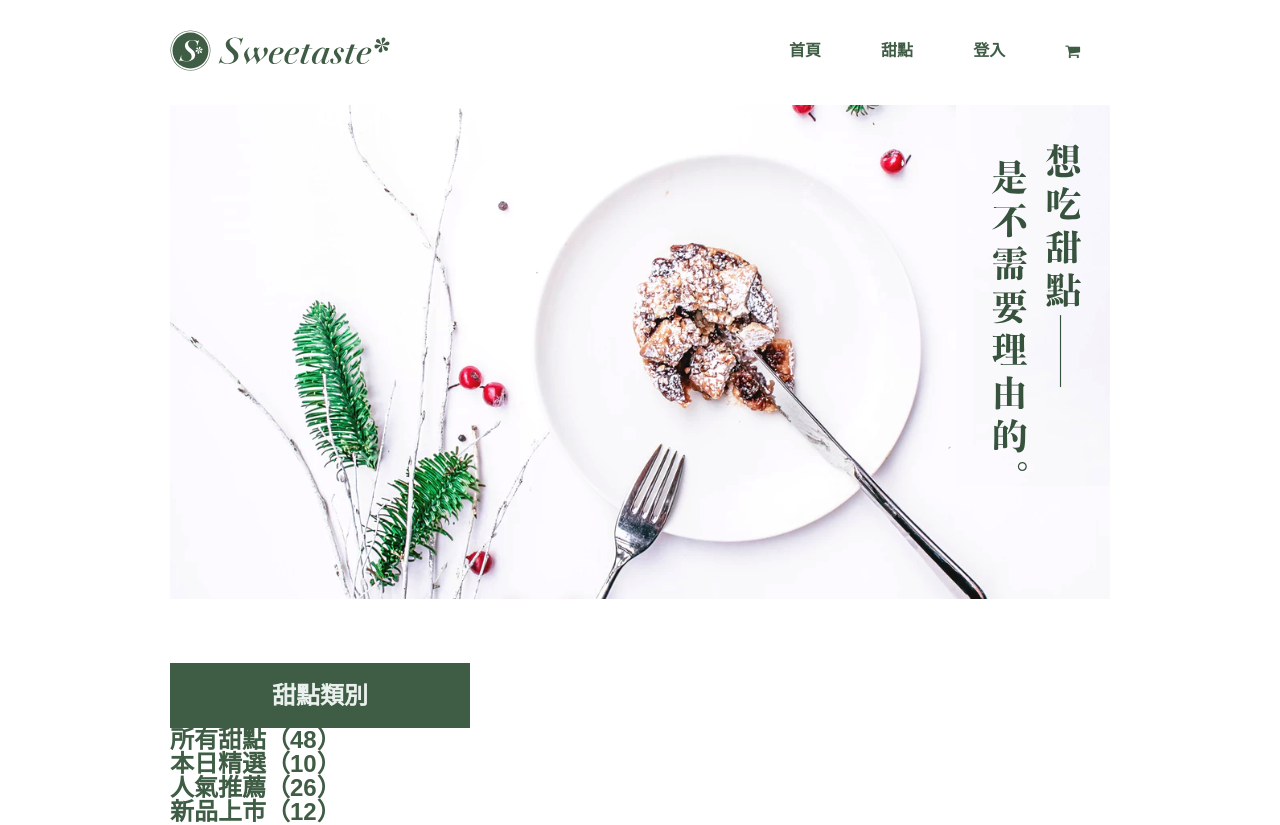
Repository: michelle61219/Sweets
Page: index.html
These files come from the project's save history. The page is drawn as it stood at one moment and after the next save; the edit follows.
The browser window is 1280 px wide. The pictures show the whole page.

Above is the page before, as saved 2021-06-13 00:31:01.

### index.html
<!DOCTYPE html>
<html lang="en">
	<head>
		<meta charset="UTF-8" />
		<meta http-equiv="X-UA-Compatible" content="IE=edge" />
		<meta name="viewport" content="width=device-width, initial-scale=1.0" />
		<link rel="stylesheet" href="style.css" />
		<link
			rel="stylesheet"
			href="https://cdnjs.cloudflare.com/ajax/libs/font-awesome/4.7.0/css/font-awesome.min.css"
		/>
		<title>甜點電商</title>
	</head>
	<body>
		<header></header>
		<div class="header container">
			<h1>
				<a href="#">
					<img
						width="220"
						height="40"
						src="images/logo-all-dark.svg"
						alt="logo"
					/>
				</a>
			</h1>
			<nav>
				<ul class="menu">
					<li><a href="#">首頁</a></li>
					<li><a href="#">甜點</a></li>
					<li><a href="#">登入</a></li>
					<li>
						<a href="#">
							<i class="fa fa-shopping-cart"></i>
						</a>
					</li>
				</ul>
			</nav>
		</div>
		<div class="banner container">
			<img src="images/banner.png" alt="banner" />
		</div>
		<div class="main container">
			<div class="aside">
				<h2>甜點類別</h2>
				<ul>
					<li><a href="#">所有甜點（48）</a></li>
					<li><a href="#">本日精選（10）</a></li>
					<li><a href="#">人氣推薦（26）</a></li>
					<li><a href="#">新品上市（12）</a></li>
				</ul>
			</div>
			<div class="productList"></div>
		</div>
	</body>
</html>

### style.css
/* http://meyerweb.com/eric/tools/css/reset/
   v2.0 | 20110126
   License: none (public domain)
*/

html,
body,
div,
span,
applet,
object,
iframe,
h1,
h2,
h3,
h4,
h5,
h6,
p,
blockquote,
pre,
a,
abbr,
acronym,
address,
big,
cite,
code,
del,
dfn,
em,
img,
ins,
kbd,
q,
s,
samp,
small,
strike,
strong,
sub,
sup,
tt,
var,
b,
u,
i,
center,
dl,
dt,
dd,
ol,
ul,
li,
fieldset,
form,
label,
legend,
table,
caption,
tbody,
tfoot,
thead,
tr,
th,
td,
article,
aside,
canvas,
details,
embed,
figure,
figcaption,
footer,
header,
hgroup,
menu,
nav,
output,
ruby,
section,
summary,
time,
mark,
audio,
video {
	margin: 0;
	padding: 0;
	border: 0;
	font-size: 100%;
	font: inherit;
	vertical-align: baseline;
}
/* HTML5 display-role reset for older browsers */
article,
aside,
details,
figcaption,
figure,
footer,
header,
hgroup,
menu,
nav,
section {
	display: block;
}
body {
	line-height: 1;
}
ol,
ul {
	list-style: none;
}
blockquote,
q {
	quotes: none;
}
blockquote:before,
blockquote:after,
q:before,
q:after {
	content: '';
	content: none;
}
table {
	border-collapse: collapse;
	border-spacing: 0;
}
img {
	max-width: 100%;
	height: auto;
}

/* ---CSS Starts from Here--- */

body {
	color: #3f5d45;
	font-family: Arial, Helvetica, sans-serif;
	font-weight: bold;
}

a {
	color: #3f5d45;
	text-decoration: none;
}

.container {
	width: 940px; /* based on main image */
	margin: 0 auto;
}

.header {
	display: flex;
	justify-content: space-between;
	align-items: center;
	padding-top: 30px;
	padding-bottom: 30px;
}

.menu {
	display: flex;
}

.menu a {
	padding: 10px 30px 8px 30px;
}

.menu a:hover {
	background: #3f5d45;
	color: white;
}

.banner {
	margin-bottom: 60px;
}

.main {
	display: flex;
	justify-content: space-between;
}
.aside {
	width: 300px;
}
.productList {
	width: 620px;
}

.aside h2 {
	background: #3f5d45;
	color: #eaf0ed;
	text-align: center;
	font-size: 24px;
	line-height: 65px;
}

.aside li {
}

.aside a {
	font-size: 24px;
	text-align: center;
}

After the next save:
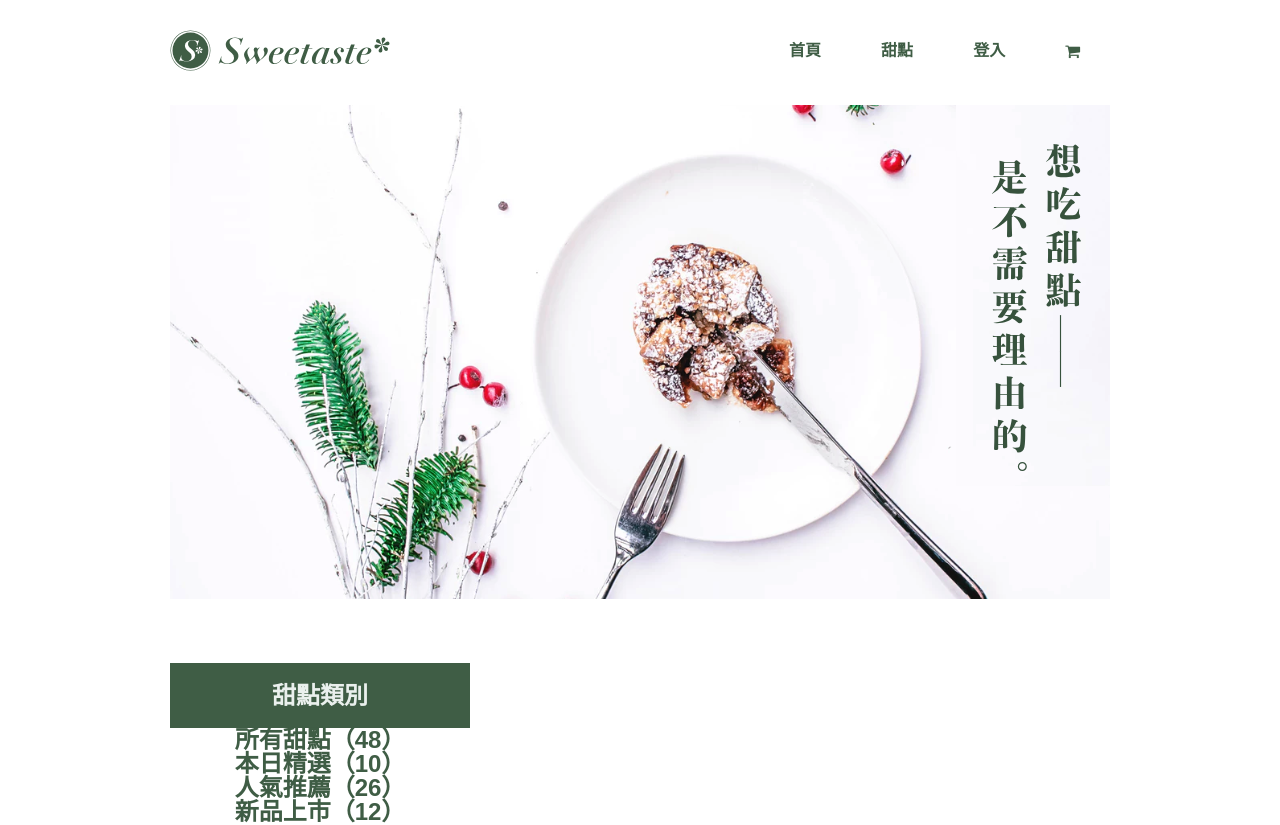
Saved 23 s later.
--- a/style.css
+++ b/style.css
@@ -200,4 +200,5 @@ a {
 .aside a {
 	font-size: 24px;
 	text-align: center;
-}
+	display: block;
+}
